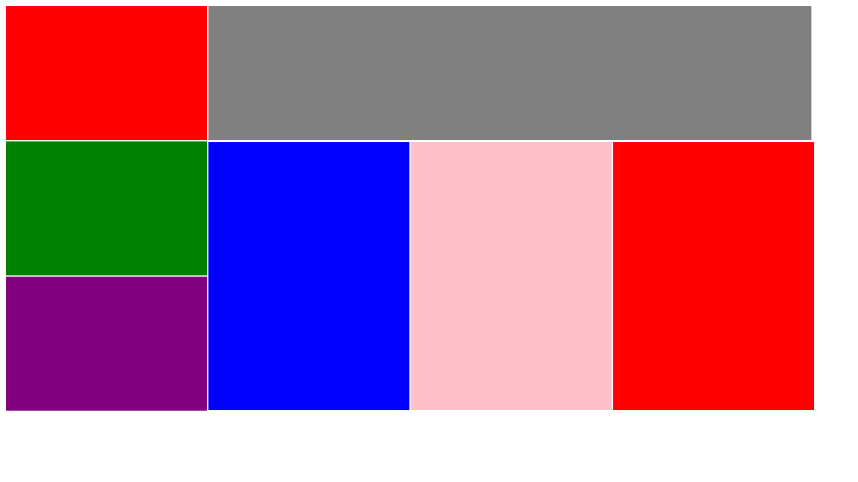
Repository: Sarah7223/internet-programming-tp
Page: TP1/ex1.html
The author's editor kept a copy of each file at every save. The page is drawn from the files as they stood at one save, then again after the next save.
The browser window is 1280 px wide. The pictures show the whole page, at 67% of full size.

Above is the page before, as saved 2022-12-23 14:11:07.

After the next save:
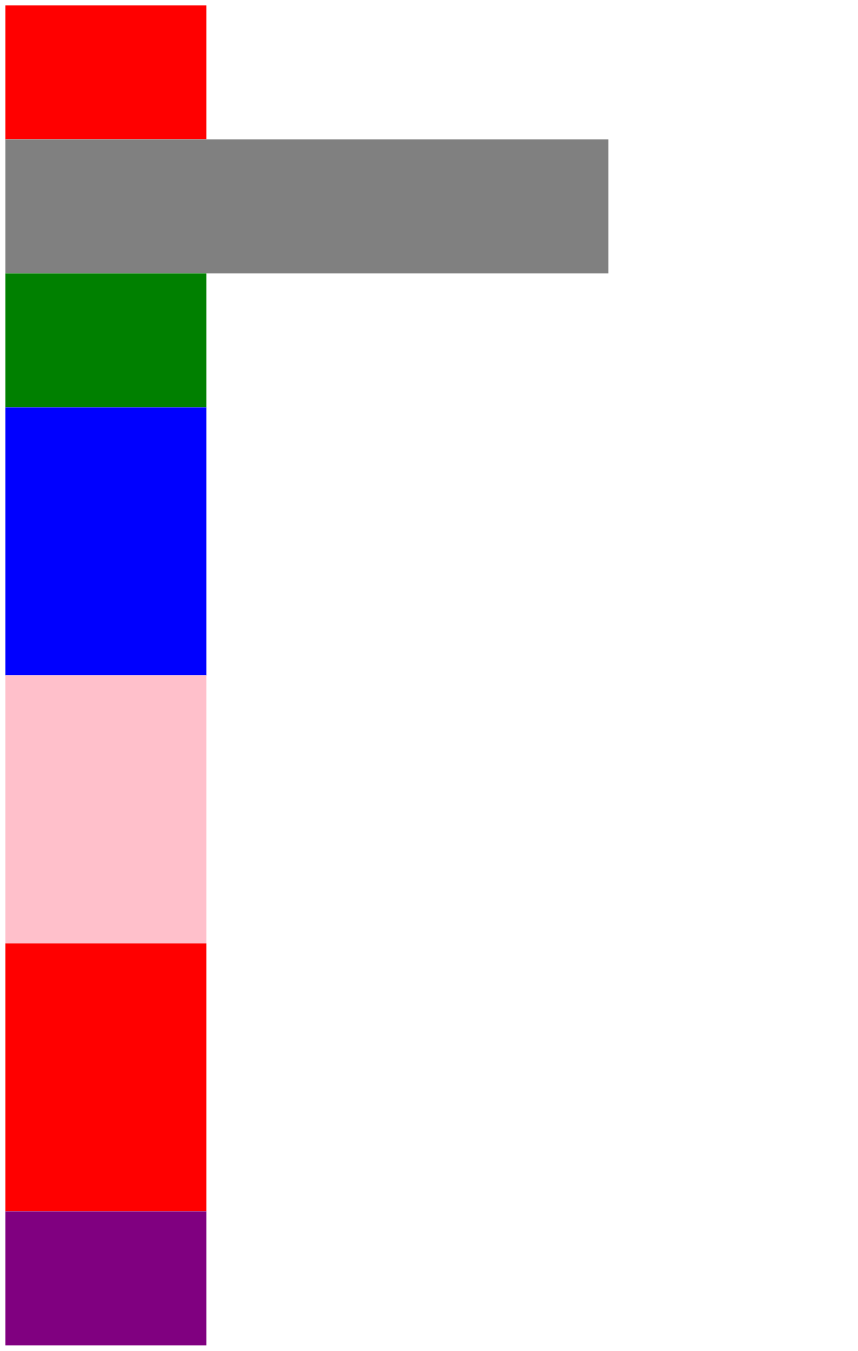
Saved 35 s later.
--- a/TP1/ex1.html
+++ b/TP1/ex1.html
@@ -2,7 +2,7 @@
 <html>
     <head>
         <style>
-            table{
+            table, td{
                 display: block;
                 padding: 0px;
                 border-spacing: 0;

After the 2 saves that followed:
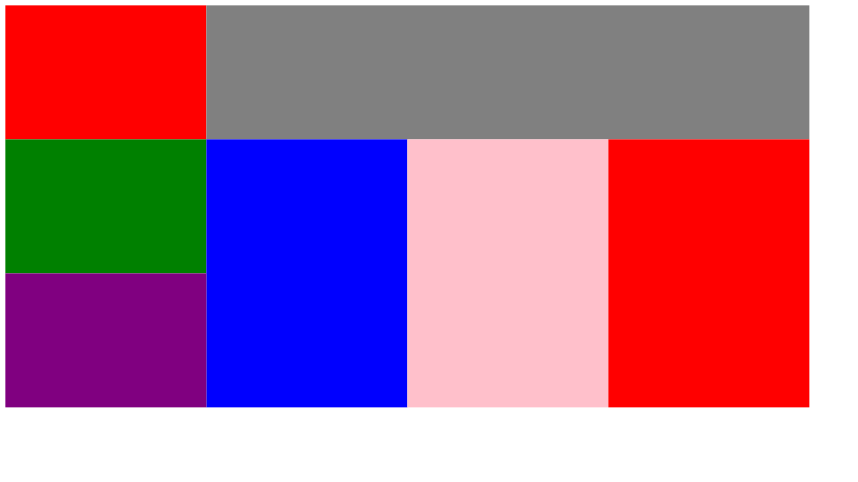
The 2 saves are shown as one change because 1 left the picture as it was.
The last was saved 14 s later.
--- a/TP1/ex1.html
+++ b/TP1/ex1.html
@@ -3,7 +3,6 @@
     <head>
         <style>
             table, td{
-                display: block;
                 padding: 0px;
                 border-spacing: 0;
                 border: 0px;
